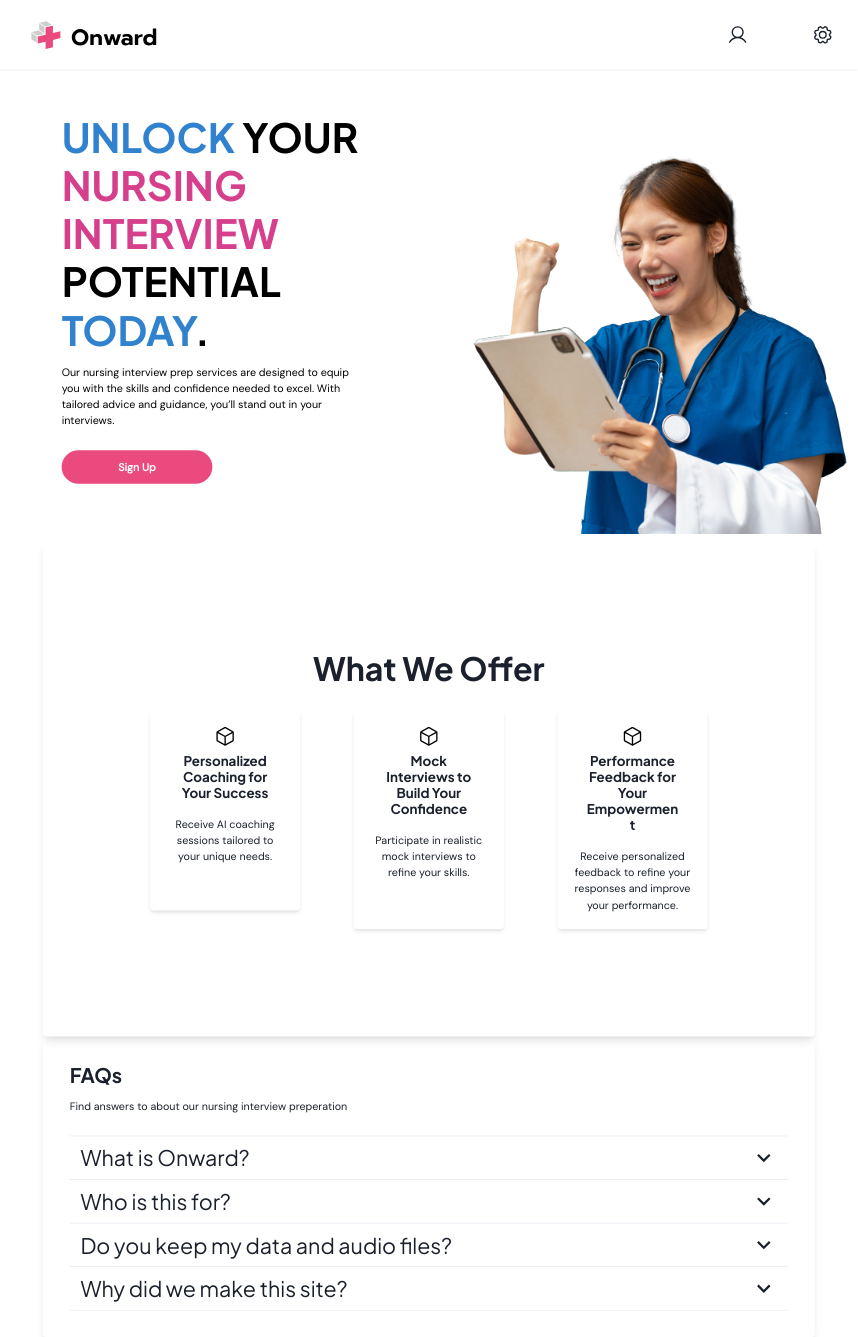
Repository: Aladdin3r/onward
Page: /landing-page
The author's editor kept a copy of each file at every save. The page is drawn from the files as they stood at one save, then again after the next save.
The browser window is 1280 px wide. The pictures show the whole page, at 67% of full size.
The project was rebuilt for these pictures with package versions that can differ from the ones it lists, and the page was loaded fresh each time. The framework's server and built-in components were replaced by stand-ins that run in the browser. Also part of the build but not shown: next.config.mjs, styles/components/AppTopNav.js, styles/components/Layout.js.

Above is the page before, as saved 2024-10-29 03:04:12.

### pages/_app.js
import { ChakraProvider } from "@chakra-ui/react";
import theme from "@/styles/theme";

function MyApp({ Component, pageProps }) {
  return (
    <ChakraProvider theme={theme}>
      <Component {...pageProps} />
    </ChakraProvider>
  );
}

export default MyApp;

### pages/_document.js
import { Html, Head, Main, NextScript } from "next/document";

export default function Document() {
  return (
    <Html lang="en">
      <Head>
        <link
          href="https://fonts.googleapis.com/css2?family=DM+Sans:wght@400&family=Plus+Jakarta+Sans:wght@400;600;700&display=swap"
          rel="stylesheet"
        />
      </Head>
      <body>
        <Main />
        <NextScript />
      </body>
    </Html>
  );
}

### pages/landing-page.js
import {
    Box,
    Flex,
    Heading,
    Text,
    Stack,
    Button,
    Accordion,
    AccordionItem,
    AccordionButton,
    AccordionPanel,
    AccordionIcon,
    Image
} from "@chakra-ui/react";
import Layout from "@/styles/components/Layout";
import TopNav from "@/styles/components/TopNav";
import AppTopNav from "@/styles/components/AppTopNav";
import { useRouter } from 'next/router';

export default function Home() {
    const router = useRouter();

    // Button action function
    const handleSignUp = () => {
        router.push('/signup'); // Navigate to the sign-up page
    };

    return (
        <>
            {/* Hero Section */}
            <TopNav />

            <Flex //hero card
                p={3}
                width="100%"
                mb={0}
                flexDirection="row"
                alignItems="center"
                justifyContent="space-between"
                gap="2rem"  // Adds a gap between text and image
            >

                <Flex //left text
                    flexDirection="column" zIndex={1}
                    ml="20"
                >
                    <Heading
                        fontFamily="heading"
                        fontSize="6xl"
                        fontWeight="bold"
                        width="88%"
                        mb={4}
                    >
                        <Text as="span" color="blue.500">UNLOCK </Text>
                        <Text as="span" color="black">YOUR </Text>
                        <Text as="span" color="pink.500">NURSING INTERVIEW </Text>
                        <Text as="span" color="black">POTENTIAL </Text>
                        <Text as="span" color="blue.500">TODAY</Text>
                        <Text as="span" color="black">. </Text>
                    </Heading>
                    <Text fontFamily="body" fontSize="x" color="black" mb={6} width="78%">
                        Our nursing interview prep services are designed to equip you with the skills and confidence needed to excel. With tailored advice and guidance, you’ll stand out in your interviews.
                    </Text>
                    <Button
                        mt="2"
                        bg="#EA4A7D"
                        color="#FFFFFF"
                        width="50%"
                        height="50px"
                        maxW="225px"
                        fontWeight="semibold"
                        fontSize="16px"
                        borderRadius="full"
                        px="6"
                        mb="6"
                    >
                        Sign Up
                    </Button>
                </Flex>

                <Box width="45%" flexShrink={0}>
                    <Image
                        src="/images/ipad-nurse.png"
                        alt="IPad Nurse"
                        width="100%"
                        height="auto"
                        objectFit="cover"

                    />
                </Box>

            </Flex>



            {/* What We Offer Section */}
            <Box p={40} textAlign="center" borderRadius="md" boxShadow="lg" maxW="90%" mx="auto" >
                <Heading fontFamily="heading" fontSize="5xl" mb={8}>What We Offer</Heading>
                <Flex justify="center" gap={20}>
                    <Stack width="300px" height="300px" borderRadius="md" boxShadow="md" p={6} textAlign="center" alignItems="center">
                        <svg xmlns="http://www.w3.org/2000/svg" width="32" height="32" fill="#000000" viewBox="0 0 256 256"><path d="M223.68,66.15,135.68,18h0a15.88,15.88,0,0,0-15.36,0l-88,48.17a16,16,0,0,0-8.32,14v95.64a16,16,0,0,0,8.32,14l88,48.17a15.88,15.88,0,0,0,15.36,0l88-48.17a16,16,0,0,0,8.32-14V80.18A16,16,0,0,0,223.68,66.15ZM128,32h0l80.34,44L128,120,47.66,76ZM40,90l80,43.78v85.79L40,175.82Zm96,129.57V133.82L216,90v85.78Z"></path></svg>
                        <Heading width="80%" fontFamily="heading" fontSize="xl" mb={4}>Personalized Coaching for Your Success</Heading>
                        <Text fontFamily="body">
                            Receive AI coaching sessions tailored to your unique needs.
                        </Text>
                    </Stack>
                    <Stack width="300px" borderRadius="md" boxShadow="md" p={6} textAlign="center" alignItems="center">
                        <svg xmlns="http://www.w3.org/2000/svg" width="32" height="32" fill="#000000" viewBox="0 0 256 256"><path d="M223.68,66.15,135.68,18h0a15.88,15.88,0,0,0-15.36,0l-88,48.17a16,16,0,0,0-8.32,14v95.64a16,16,0,0,0,8.32,14l88,48.17a15.88,15.88,0,0,0,15.36,0l88-48.17a16,16,0,0,0,8.32-14V80.18A16,16,0,0,0,223.68,66.15ZM128,32h0l80.34,44L128,120,47.66,76ZM40,90l80,43.78v85.79L40,175.82Zm96,129.57V133.82L216,90v85.78Z"></path></svg>
                        <Heading width="80%" fontFamily="heading" fontSize="xl" mb={4}>Mock Interviews to Build Your Confidence</Heading>
                        <Text fontFamily="body">
                            Participate in realistic mock interviews to refine your skills.
                        </Text>
                    </Stack>
                    <Stack width="300px" borderRadius="md" boxShadow="md" p={6} textAlign="center" alignItems="center">
                        <svg xmlns="http://www.w3.org/2000/svg" width="32" height="32" fill="#000000" viewBox="0 0 256 256"><path d="M223.68,66.15,135.68,18h0a15.88,15.88,0,0,0-15.36,0l-88,48.17a16,16,0,0,0-8.32,14v95.64a16,16,0,0,0,8.32,14l88,48.17a15.88,15.88,0,0,0,15.36,0l88-48.17a16,16,0,0,0,8.32-14V80.18A16,16,0,0,0,223.68,66.15ZM128,32h0l80.34,44L128,120,47.66,76ZM40,90l80,43.78v85.79L40,175.82Zm96,129.57V133.82L216,90v85.78Z"></path></svg>
                        <Heading width="80%" fontFamily="heading" fontSize="xl" mb={4}>Performance Feedback for Your Empowerment</Heading>
                        <Text fontFamily="body">
                            Receive personalized feedback to refine your responses and improve your performance.
                        </Text>
                    </Stack>
                </Flex>
            </Box>

            {/* FAQ Section */}
            <Box p={10} borderRadius="md" boxShadow="lg" maxW="90%" mx="auto">
                <Heading fontFamily="heading" fontSize="3xl" textAlign="left" mb={4}>FAQs</Heading>
                <Text fontFamily="body" fontSize="s" textAlign="left" mb={8}>
                    Find answers to about our nursing interview preperation
                </Text>
                <Accordion allowToggle>
                    <AccordionItem>
                        <h2>
                            <AccordionButton>
                                <Box as="span" flex="1" textAlign="left" fontFamily="heading">What is Onward?</Box>
                                <AccordionIcon />
                            </AccordionButton>
                        </h2>
                        <AccordionPanel pb={4} fontFamily="body">
                            Onward is an AI-powered personal interview coach designed for nurses to enhance their job interview skills.
                        </AccordionPanel>
                    </AccordionItem>
                    <AccordionItem>
                        <h2>
                            <AccordionButton>
                                <Box as="span" flex="1" textAlign="left" fontFamily="heading">Who is this for?</Box>
                                <AccordionIcon />
                            </AccordionButton>
                        </h2>
                        <AccordionPanel pb={4} fontFamily="body">
                            This service is designed for nurses, especially those new to the Canadian healthcare system.
                        </AccordionPanel>
                    </AccordionItem>
                    <AccordionItem>
                        <h2>
                            <AccordionButton>
                                <Box as="span" flex="1" textAlign="left" fontFamily="heading">Do you keep my data and audio files?</Box>
                                <AccordionIcon />
                            </AccordionButton>
                        </h2>
                        <AccordionPanel pb={4} fontFamily="body">
                            Yes, we securely store data as per our privacy policy to enhance your interview coaching experience.
                        </AccordionPanel>
                    </AccordionItem>
                    <AccordionItem>
                        <h2>
                            <AccordionButton>
                                <Box as="span" flex="1" textAlign="left" fontFamily="heading">Why did we make this site?</Box>
                                <AccordionIcon />
                            </AccordionButton>
                        </h2>
                        <AccordionPanel pb={4} fontFamily="body">
                            Onward aims to empower nurses by providing interview preparation tools tailored to their needs.
                        </AccordionPanel>
                    </AccordionItem>
                </Accordion>
            </Box>
        </>
    );
}

### styles/theme.js
import { extendTheme } from "@chakra-ui/react";
import { theme as chakraTheme } from "@chakra-ui/react";
import Button from './components/Button';
import { Stepper } from "@chakra-ui/react";

const fonts = {
    ...chakraTheme.fonts,
    body: "DM Sans",
    heading: "Plus Jakarta Sans",
}

const overrides = {
    ...chakraTheme,
    fonts,
    components: {
        Button: {
            ...Button,
        },
    },
    fontWeights: {
        normal: 400,
        medium: 500,
        bold: 700,
    },
    fontSizes: {
        xxs: "14pt",
        xs: "16pt",
        sm: "20pt",
        md: "24pt",
        lg: "32pt",
    },
    colors: {
       brand: {
        blushPink: "#EA4A7D",
        pastelBlue: "#CBD5FF",
        blueberryCreme: "#EBEFFF",
        frostWhite: "#FAFAFA",
        nightBlack: "#1f1f1f",
        platinum: "#e2e2e2",
        confirmationGreen: "#61CD3D",
        imperialRed: "EA4A4D",
        canaryYellow: "#EAE84A",
        oceanBlue: "#214DDF",
        pureWhite: "#FFFFFF"
        }
    },
    styles: {
        global: {
            body: {
                bg: "frostWhite",
            },
        },
    },
}

const customTheme = extendTheme(overrides);

export default customTheme;

### styles/components/TopNav.js
'use client'
import {
    Box,
    Flex,
    useColorModeValue,
    IconButton,
    Image,
    Link,
} from "@chakra-ui/react";
import { User, Gear } from "@phosphor-icons/react";

export default function TopNav() {
    const bgColor = useColorModeValue('#fff', 'brand.nightBlack');

    return (
        <Box bg={bgColor} px={4} borderBottom="1px solid #E6EAF2">
            <Flex h={"104px"} alignItems={'center'} justifyContent={'space-between'}>
                <Box fontSize={{ base: 'md', md: 'lg' }}>
                    <Link href="/">
                        <Image src="logo.svg" boxSize="253px" alt="Onward Logo" style={{ padding: "30px" }} />
                    </Link>
                </Box>
                <Flex alignItems={'center'}>
                    <Link href="/user">
                        <IconButton
                            aria-label="User settings"
                            icon={<User />}
                            variant="ghost"
                            mr="55px"
                        />
                    </Link>
                    <Link href="/settings">
                        <IconButton
                            aria-label="Settings"
                            icon={<Gear />}
                            variant="ghost"
                        />
                    </Link>
                </Flex>
            </Flex>
        </Box>
    );
}

### styles/components/Button.js
const Button = {
    baseStyle: {
      display: 'flex',
      borderRadius: '999px',
      fontFamily: 'DM Sans',
      _hover: {
        boxShadow: '0px 4px 4px 0px rgba(0, 0, 0, 0.45)',
      },
      padding: 3,
    },
    sizes: {
      xs: {
        fontSize: ['12pt', '14pt', '16pt'], // Responsive font sizes for xs
        px: [2, 3], // Responsive padding
      },
      sm: {
        fontSize: ['14pt', '16pt', '20pt'],
        px: [2, 4],
      },
      md: {
        fontSize: ['16pt', '20pt', '24pt'],
        px: [3, 5],
      },
      lg: {
        fontSize: ['20pt', '28pt', '32pt'],
        px: [4, 6],
      },
    },
    variants: {
      lgPrimary: {
        bg: 'brand.blushPink',
        color: 'brand.frostWhite',
        width: ['100%', '325px'], // 100% width on smaller screens
        height: '72px',
        fontSize: ['20pt', '28pt', '32pt'], // Responsive font size
        borderRadius: '999px',
      },
      mdPrimary: {
        bg: 'brand.blushPink',
        color: 'brand.frostWhite',
        width: ['100%', '225px'],
        height: '72px',
        fontSize: ['16pt', '20pt', '24pt'],
        borderRadius: '999px',
      },
      smPrimary: {
        bg: 'brand.blushPink',
        color: 'brand.frostWhite',
        width: ['100%', '150px'],
        height: '64px',
        fontSize: ['14pt', '16pt', '20pt'],
        borderRadius: '999px',
      },
      xsPrimary: {
        bg: 'brand.blushPink',
        color: 'brand.frostWhite',
        width: ['100%', '117px'],
        height: '32px',
        fontSize: ['12pt', '14pt', '18pt'],
        borderRadius: '999px',
      },
      lgSecondary: {
        bg: 'brand.platinum',
        color: 'brand.nightBlack',
        width: ['100%', '325px'],
        height: '72px',
        fontSize: ['20pt', '28pt', '32pt'],
        borderRadius: '999px',
        _hover: {
          bg: 'brand.blushPink',
          color: 'brand.frostWhite',
          boxShadow: '0px 4px 4px 0px rgba(0, 0, 0, 0.45)',
        },
      },
      mdSecondary: {
        bg: 'brand.platinum',
        color: 'brand.nightBlack',
        width: ['100%', '225px'],
        height: '72px',
        fontSize: ['16pt', '20pt', '24pt'],
        borderRadius: '999px',
        _hover: {
          bg: 'brand.blushPink',
          color: 'brand.frostWhite',
          boxShadow: '0px 4px 4px 0px rgba(0, 0, 0, 0.45)',
        },
      },
      smSecondary: {
        bg: 'brand.platinum',
        color: 'brand.nightBlack',
        width: ['100%', '150px'],
        height: '64px',
        fontSize: ['14pt', '16pt', '20pt'],
        borderRadius: '999px',
        _hover: {
          bg: 'brand.blushPink',
          color: 'brand.frostWhite',
          boxShadow: '0px 4px 4px 0px rgba(0, 0, 0, 0.45)',
        },
      },
      xsSecondary: {
        bg: 'brand.platinum',
        color: 'brand.nightBlack',
        width: ['100%', '117px'],
        height: '32px',
        fontSize: ['12pt', '14pt', '18pt'],
        borderRadius: '999px',
        _hover: {
          bg: 'brand.blushPink',
          color: 'brand.frostWhite',
          boxShadow: '0px 4px 4px 0px rgba(0, 0, 0, 0.45)',
        },
      },
    },
  };

  export default Button;

### styles/components/SideNav.js
import { useState } from "react";
import PropTypes from "prop-types";
import Link from "next/link";
import { Box, Flex, Text, VStack, Image } from "@chakra-ui/react";
import { ChalkboardTeacher, ClockCounterClockwise, UserSound, Presentation, User, Gear } from "@phosphor-icons/react";

// Define each variant and associated icon, label, and path(s)
const variants = {
  default: {
    label: "Dashboard",
    icon: <UserSound size={32} />,
    path: "/"
  },
  variant2: {
    label: "Mock Interview",
    icon: <ChalkboardTeacher size={32} />,
    path: "/mock-interview"
  },
  variant3: {
    label: "Practice Interview",
    icon: <Presentation size={32} />,
    path: [
      "/practice-interview",
      "/practice-interview-filter",
      "/practice-interview-questions",
      "/practice-interview-answer",
      "/practice"
    ]
  },
  variant4: {
    label: "History",
    icon: <ClockCounterClockwise size={32} />,
    path: "/history"
  },
};

// Define the bottom section items with default values
const defaultBottomVariants = {
  account: {
    label: "Account",
    icon: <User size={18} />,
    path: "/account"
  },
  settings: {
    label: "Settings",
    icon: <Gear size={18} />,
    path: "/settings"
  },
  signOut: {
    label: "Sign Out",
    icon: null,
    path: "/"
  }
};

// Main SideNavBar component
export const SideNavBar = ({ activeVariant, bottomVariants = defaultBottomVariants }) => {
  return (
    <Flex
      bg="brand.blueberryCreme"
      height="100vh"
      width="280px"
      position="fixed"
      flexDir="column"
    >
      {/* logo box */}
      <Box fontSize={{ base: 'sm', md: 'md' }} mt="1rem">
        <Link href="/">
          <Image src="logo.svg" alt="Onward Logo" style={{ padding: "0.6rem" }} width="100%" />
        </Link>
      </Box>

      {/* nav menu */}
      <Box mt="1.5rem" overflow="hidden">
        <VStack align="flex-start" spacing={2} width="100%" ml="10%">
          {variants && Object.keys(variants).map((variant) => {
            const isActive = activeVariant === variant;
            return (
              <Link href={Array.isArray(variants[variant].path) ? variants[variant].path[0] : variants[variant].path} key={variant} passHref>
                <Flex
                  align="center"
                  cursor="pointer"
                  width="280px"
                  bg={isActive ? "brand.blushPink" : "none"} // Active background
                  color={isActive ? "brand.frostWhite" : "initial"} // Active text color
                  p={3}
                  borderLeftRadius="26px"
                  transition="transform 0.5s ease-in-out, background-color 0.4s, color 0.4s"
                  _hover={{
                    bg: "brand.blushPink",
                    color: "brand.frostWhite",
                    borderRadius: "26px 0 0 26px",
                    transition: "background-color 0.3s, transform 0.3s",
                  }}
                >
                  <Box pl={isActive ? "5rem" : 0} mr={4}>
                    {variants[variant].icon}
                  </Box>
                  <Text fontFamily="body" fontSize="18px" fontWeight="bold">
                    {variants[variant].label}
                  </Text>
                </Flex>
              </Link>
            );
          })}
        </VStack>
      </Box>

      {/* Bottom Section for Account, Settings, and Sign Out Links */}
      <Box mb={2} mt="13rem" width="100%">
        <VStack width="100%" align="flex-end">
          {bottomVariants && Object.keys(bottomVariants).map((variant) => {
            const isActive = activeVariant === variant;
            return (
              <Link
                href={bottomVariants[variant].path}
                key={variant}
                passHref
              >
                <Flex
                  align="center"
                  cursor="pointer"
                  width="100%"
                  height="1.3rem"
                  bg={isActive ? "brand.blushPink" : "none"} // Active background
                  color={isActive ? "brand.frostWhite" : "initial"} // Active text color
                  borderRadius="md"
                  pr="1.5rem"
                  transition="transform 0.3s ease-in-out, background-color 0.3s, color 0.3s"
                  _hover={{
                    color: "brand.blushPink",
                    borderRadius: "26px 0 0 26px",
                    transition: "background-color 0.3s, transform 0.3s",
                  }}
                >

                  <Box mr={3}>
                    {bottomVariants[variant].icon}
                  </Box>
                  <Text fontFamily="body" fontSize="18px" fontWeight="regular" textAlign="left"
                    textDecoration={variant === 'signOut' ? 'underline' : 'none'}
                  >
                    {bottomVariants[variant].label}
                  </Text>
                </Flex>
              </Link>
            );
          })}
        </VStack>
      </Box>
    </Flex>
  );
};

SideNavBar.propTypes = {
  activeVariant: PropTypes.oneOf(["variant4", "variant2", "variant3", "default"]),
  bottomVariants: PropTypes.object, // Define bottomVariants as an optional object
};

SideNavBar.defaultProps = {
  bottomVariants: {},
};

After the next save:
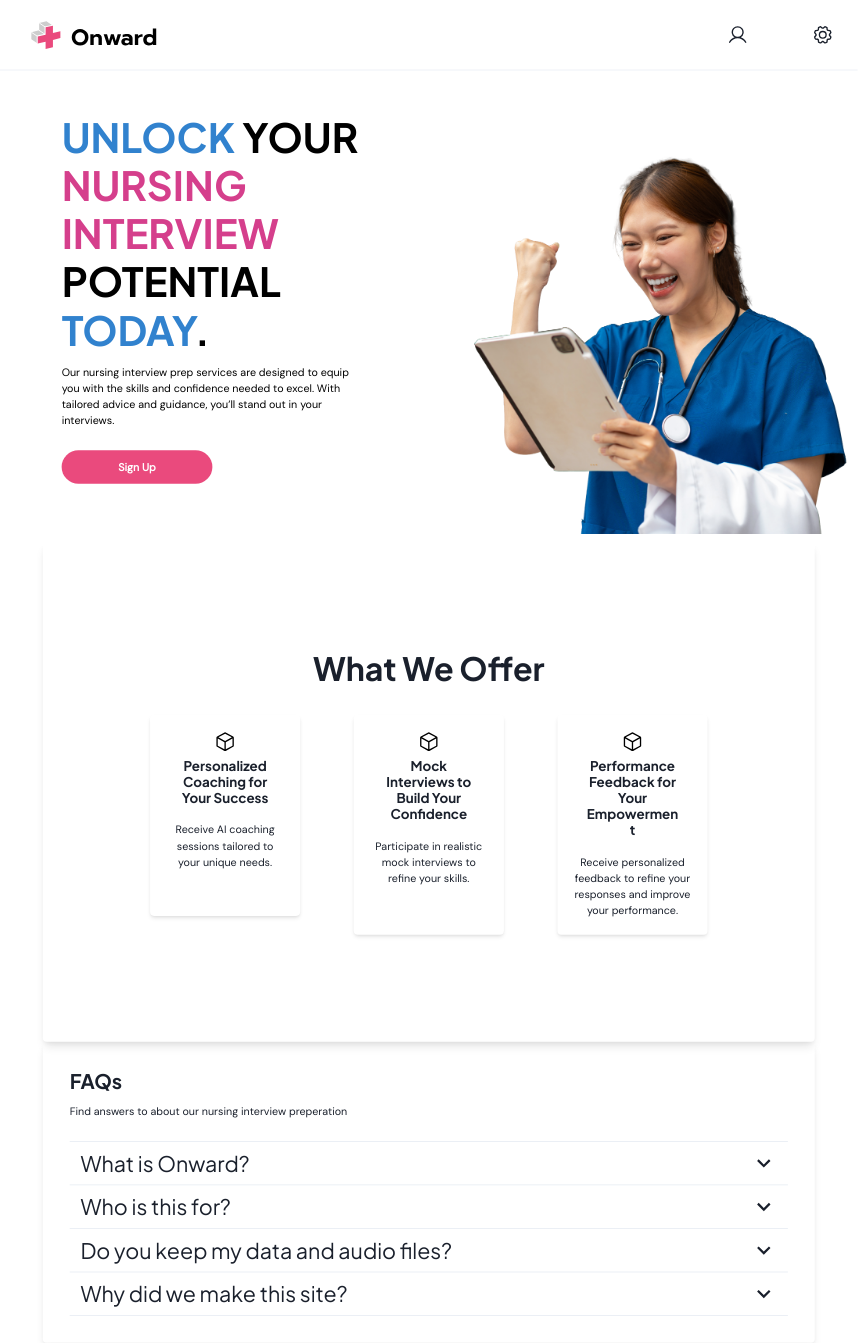
Saved 24 s later.
--- a/pages/landing-page.js
+++ b/pages/landing-page.js
@@ -95,7 +95,7 @@ export default function Home() {
 
             {/* What We Offer Section */}
             <Box p={40} textAlign="center" borderRadius="md" boxShadow="lg" maxW="90%" mx="auto" >
-                <Heading fontFamily="heading" fontSize="5xl" mb={8}>What We Offer</Heading>
+                <Heading fontFamily="heading" fontSize="5xl" mb={10}>What We Offer</Heading>
                 <Flex justify="center" gap={20}>
                     <Stack width="300px" height="300px" borderRadius="md" boxShadow="md" p={6} textAlign="center" alignItems="center">
                         <svg xmlns="http://www.w3.org/2000/svg" width="32" height="32" fill="#000000" viewBox="0 0 256 256"><path d="M223.68,66.15,135.68,18h0a15.88,15.88,0,0,0-15.36,0l-88,48.17a16,16,0,0,0-8.32,14v95.64a16,16,0,0,0,8.32,14l88,48.17a15.88,15.88,0,0,0,15.36,0l88-48.17a16,16,0,0,0,8.32-14V80.18A16,16,0,0,0,223.68,66.15ZM128,32h0l80.34,44L128,120,47.66,76ZM40,90l80,43.78v85.79L40,175.82Zm96,129.57V133.82L216,90v85.78Z"></path></svg>
